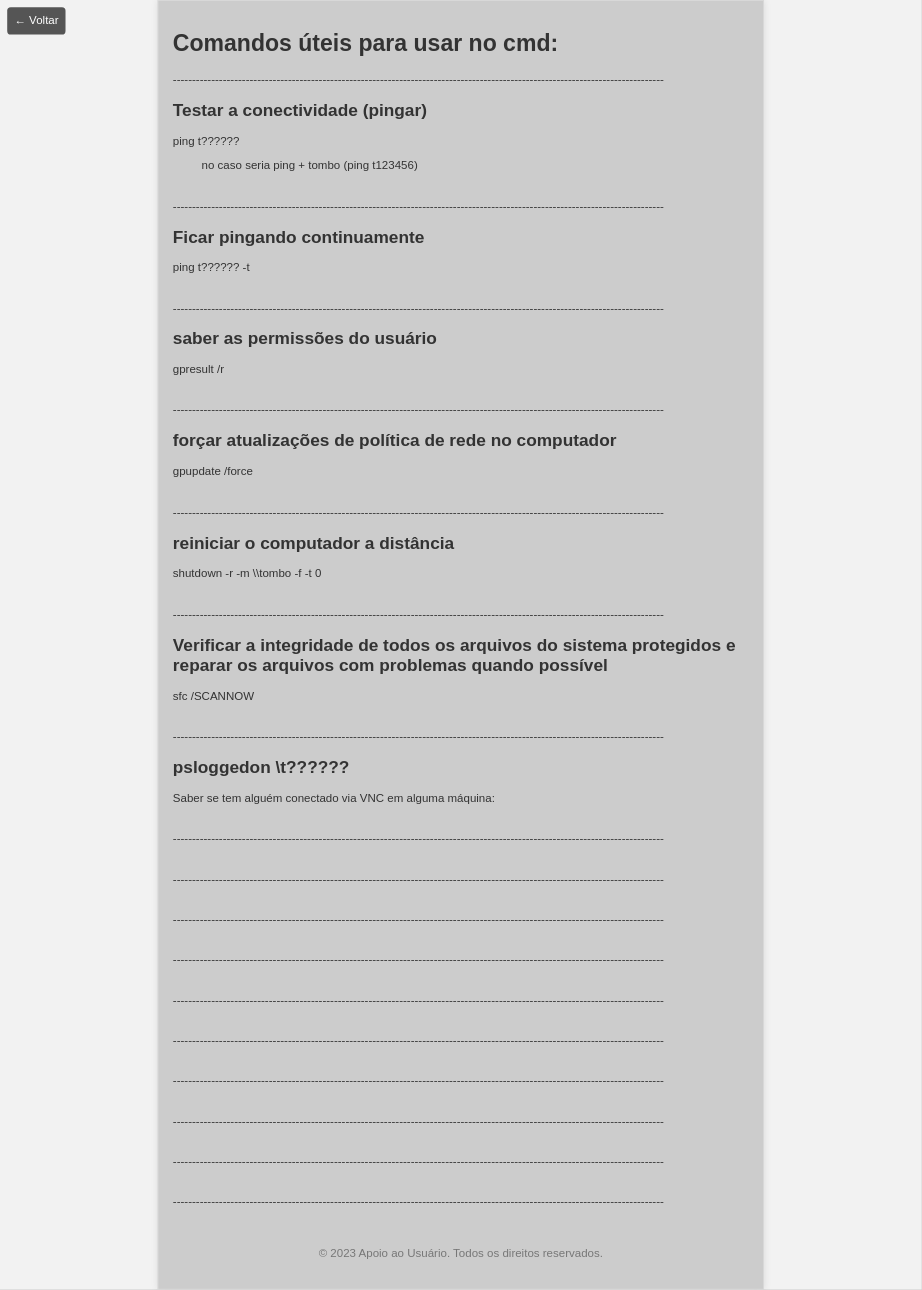
Repository: I4guito/dicasdez
Page: Dicas site/Dicas/cmd.html
An editor plug-in stored every save of this project. The page is shown before and after a run of saves, followed by the edit.
The browser window is 1280 px wide. The pictures show the whole page, at 72% of full size.

Above is the page before, as saved 2023-11-28 13:41:43.

After the next 2 saves:
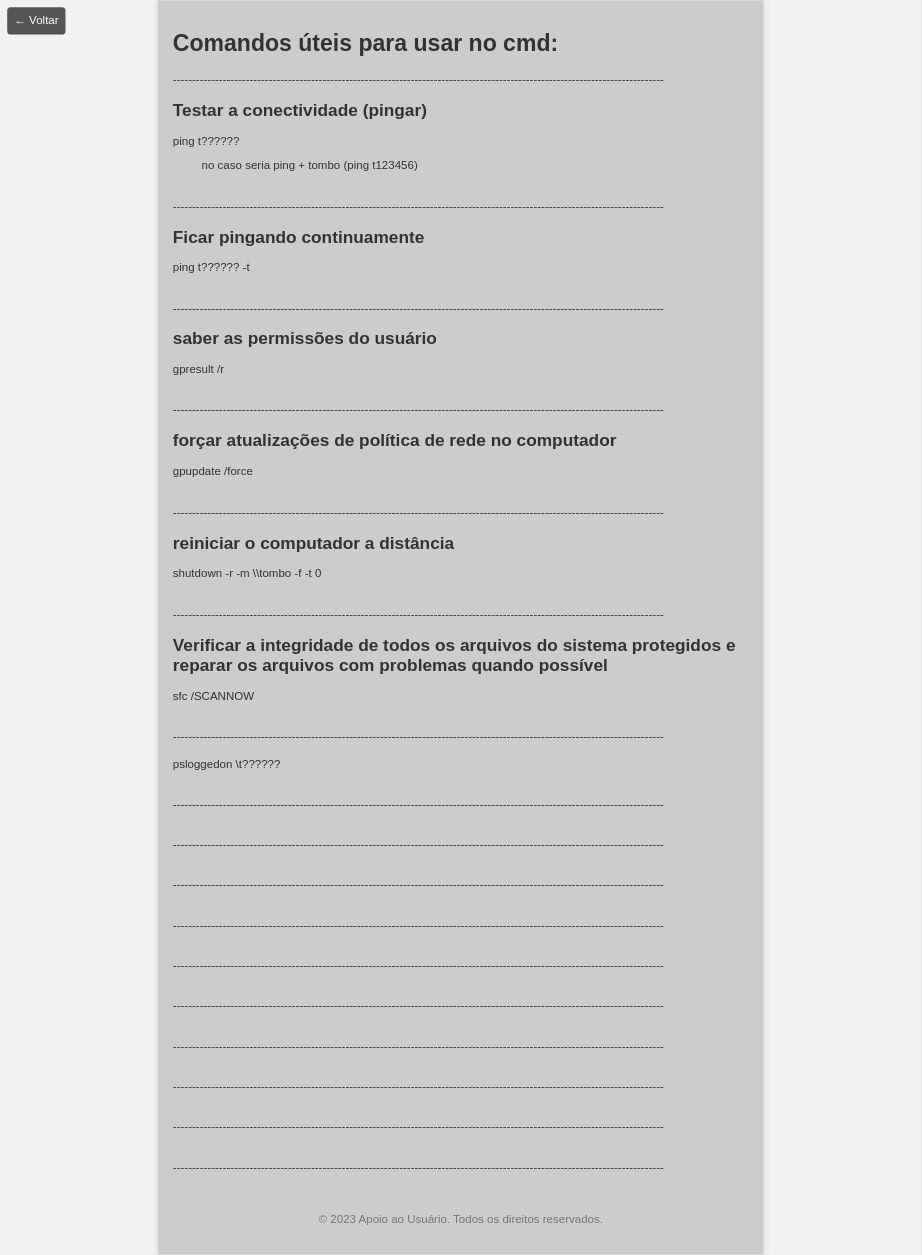
The 2 saves are shown as one change because they came seconds apart.
The last was saved 90 s later.
--- a/Dicas site/Dicas/cmd.html
+++ b/Dicas site/Dicas/cmd.html
@@ -75,8 +75,8 @@
 
         <section>
             <div class="programa">
-                <h2>psloggedon \t??????</h2>
-                <p>Saber se tem alguém conectado via VNC em alguma máquina: </p>
+                <h2></h2>
+                <p>psloggedon \t?????? </p>
             </div>
         </section><br>
 
